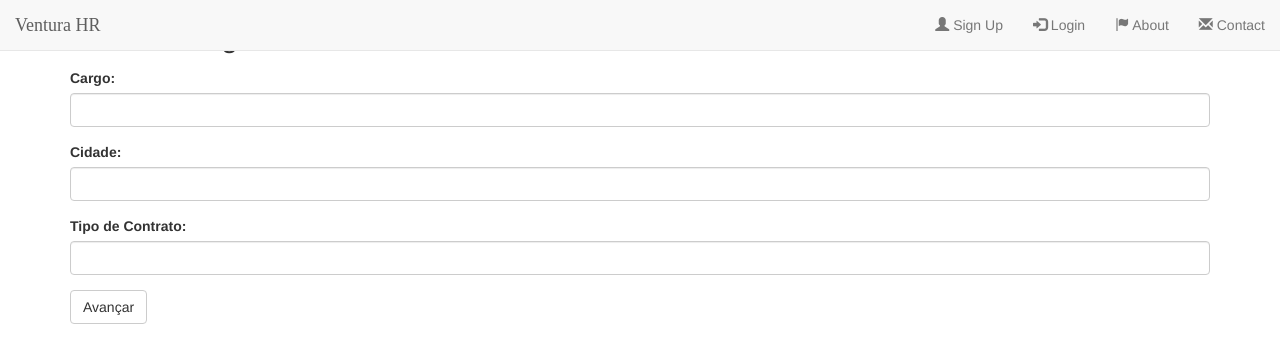
Repository: nmparfait/HumanResources-Ventura
Page: http://localhost/venturaWeb/WEB-INF/jsp/empresa/postarVaga.jsp
An editor plug-in stored every save of this project. The page is shown before and after the next save, followed by the edit.
The browser window is 1280 px wide. The pictures show the whole page.
Some web fonts or font styles are not loaded; a fallback is used. Some web libraries are served in a nearby version. The page is served by Tomcat 9. Nobody is signed in. The template is opened directly, without the code that normally fills it, so the values that code supplies are empty.

Above is the page before, as saved 2021-09-27 10:36:21.

After the next save:
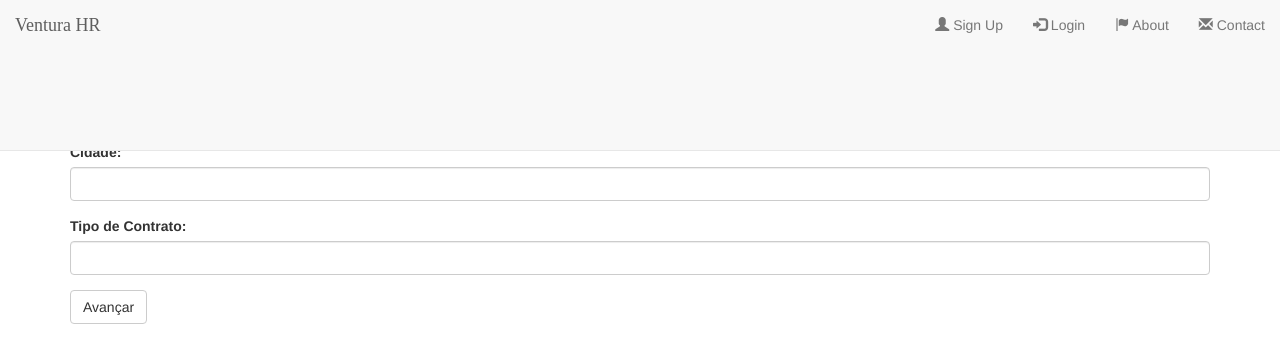
Saved 3 min 57 s later.
--- a/venturaWeb/src/main/webapp/css/styles.css
+++ b/venturaWeb/src/main/webapp/css/styles.css
@@ -1,4 +1,7 @@
 .font {
 	font-family: 'Dancing Script', cursive;
+	width: 150px;
+	height: 150px;
+	color: #ffb703;
 
 }

After the save that followed:
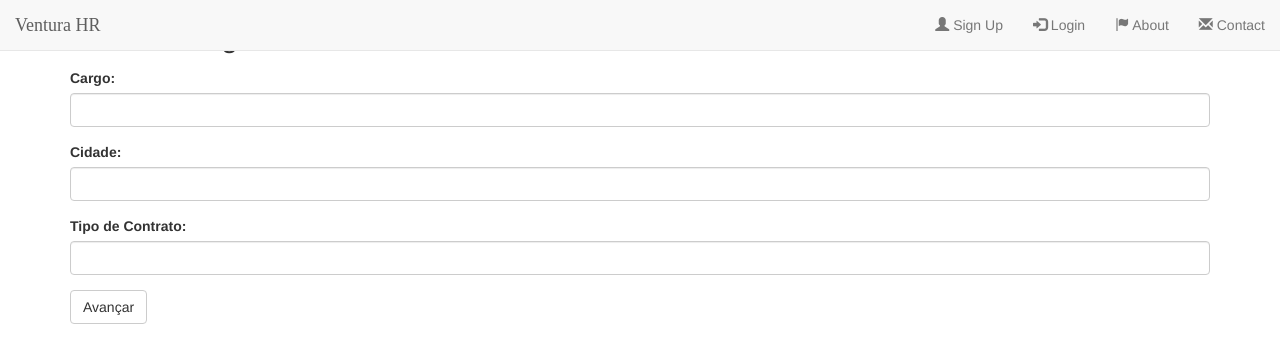
Saved 59 s later.
--- a/venturaWeb/src/main/webapp/css/styles.css
+++ b/venturaWeb/src/main/webapp/css/styles.css
@@ -1,7 +1,5 @@
 .font {
 	font-family: 'Dancing Script', cursive;
-	width: 150px;
-	height: 150px;
-	color: #ffb703;
+	background-color: #ffb703;
 
 }
